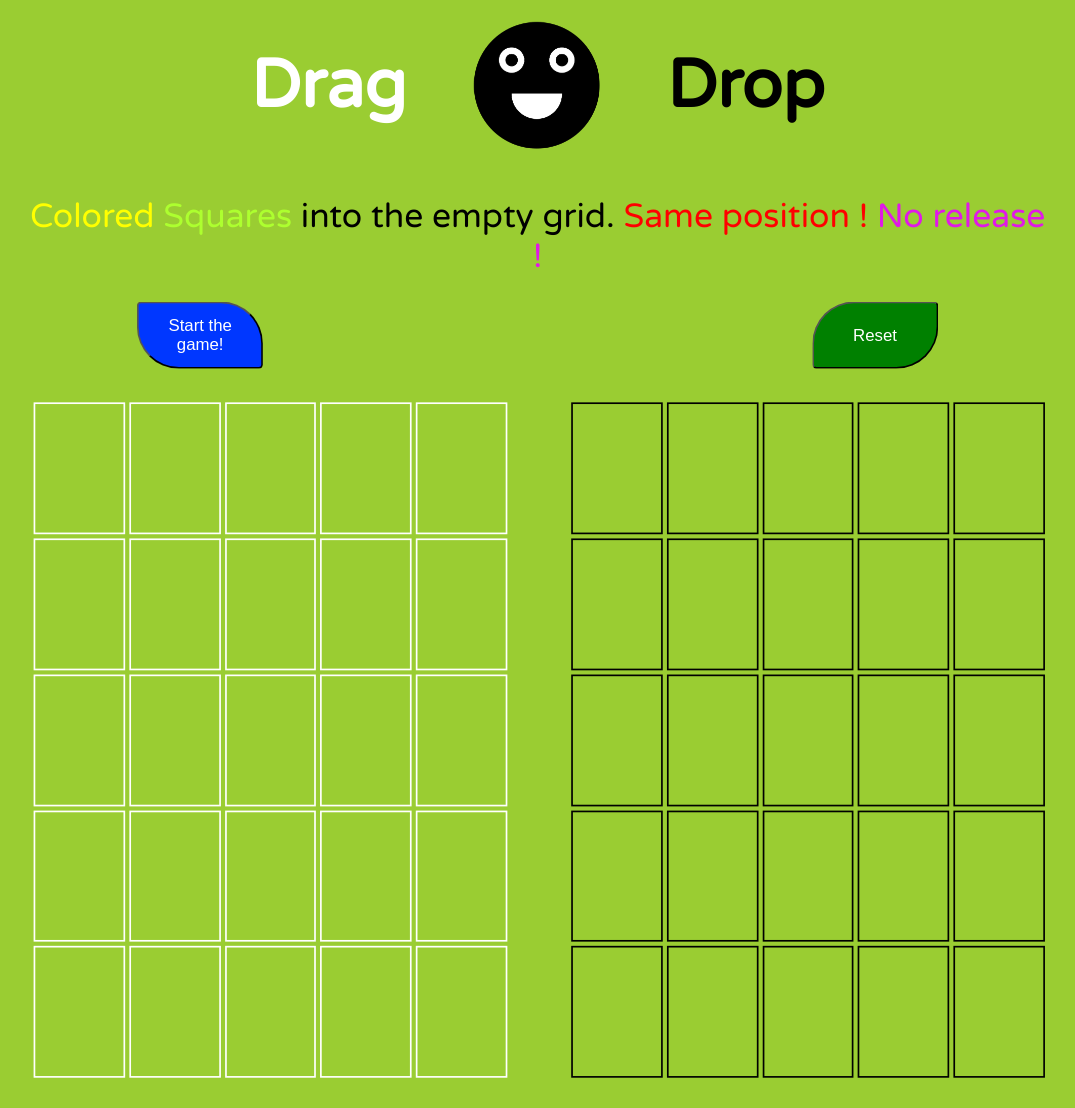
Repository: Siehan/Quiky-drag-and-drop
Page: index.html
These files come from the project's save history. The page is drawn as it stood at one moment and after a run of saves; the edit follows.
The browser window is 1280 px wide. The pictures show the whole page, at 84% of full size.

Above is the page before, as saved 2020-01-24 20:53:26.

### index.html
<!DOCTYPE html>
<html lang="en">

<head>
  <meta charset="UTF-8">
  <meta name="viewport" content="width=device-width, initial-scale=1.0">
  <meta http-equiv="X-UA-Compatible" content="ie=edge">
  <link rel="stylesheet" type="text/css" href="style.css">
  <script type="module" src="grid.js"></script>
  <script type="text/javascript"></script>
  <title>Drag & Drop</title>
</head>

<body>
  <header>
    <h1 class="drag">Drag</h1>
    <img class="black-face" src="images/1297390581.png" alt="black face">
    <h1 class="drop">Drop</h1>
  </header>

  <p><span style="color: yellow;">Colored</span><span style="color: greenyellow;"> Squares</span> into the empty grid.<span style="color: red;"> Same position !</span> <span style="color: rgb(224, 25, 231);"> No release  !</span></p>

  <div id="start-the-game">
    <button id="button-go">Start the game!</button>
    <div id="time"></div>
    <button id="button-reset">Reset</button>
  </div>

  <div id="container">
    <div class="container-one"></div>
    <div class="container-two"></div>
  </div>

</body>

</html>

### style.css
@import url("https://fonts.googleapis.com/css?family=Varela+Round&display=swap");

body, html {
 font-family: 'Varela Round', sans-serif;
 background: yellowgreen;
 margin: 0 auto;
 padding: 0;
}

header {
 display: flex;
 justify-content: center;
 align-items: center;
}

.drag {
 color: white;
 font-size: 80px;
 padding-right: 80px;
}

.black-face {
 width: 150px;
}

.drop {
 color: black;
 font-size: 80px;
 padding-left: 80px;
}

.thumbs-face {
 width: 60px;
}

p {
 padding: 30px;
 margin: auto;
 font-family: 'Varela Round', sans-serif;
 font-size: 40px;
 color: black;
 text-align: center;
}

#start-the-game {
 display: flex;
 justify-content: space-around;
}

#button-go {
 width: 150px;
 color: white;
 font-size: 20px;
 background-color: #0037ff;
 padding: 15px;
 border-radius: 5px 50px;
}

#time {
 color: white;
 font-size: 70px;
 text-align: center;
}

#button-reset {
 width: 150px;
 color: white;
 font-size: 20px;
 background-color: green;
 padding: 15px;
 border-radius: 50px 5px;
}

#container {
 display: flex;
}

.container-one {
 display: grid;
 padding: 40px;
 grid-template-columns: repeat(5,1fr);
 grid-template-rows: repeat(5,1fr);
 width: 800px;
 height: 800px;
 grid-gap: 9px;
}

.container-two {
 display: grid;
 padding: 40px;
 grid-template-columns: repeat(5,1fr);
 grid-template-rows: repeat(5,1fr);
 width: 800px;
 height: 800px;
 grid-gap: 9px;
}

.container-one div {
 border: 2px solid white;
 width: 100%;
 height: 100%;
}

.container-two div {
 border: 2px solid black;
 width: 100%;
 height: 100%;
}

.drop_hover {
 box-shadow: 0 0 30px rgba(0, 0, 0, 2) inset;
}

### grid.js
const sounds = [
    "./assets/aaahh-content.mp3",
    "./assets/accordeon.mp3",
    "./assets/ahhh.mp3",
    "./assets/alouette-des-bois.mp3",
    "./assets/chui-envoute.mp3",
    "./assets/clave.mp3",
    "./assets/contrebasse.mp3",
    "./assets/cythar.mp3",
    "./assets/embouteillage-inextricable.mp3",
    "./assets/emergency.mp3",
    "./assets/grelots-africains.mp3",
    "./assets/klaxon-bus.mp3",
    "./assets/klaxon-camion.mp3",
    "./assets/loop.mp3",
    "./assets/loop2.mp3",
    "./assets/loup-meute.mp3",
    "./assets/ocarina.mp3",
    "./assets/piano.mp3",
    "./assets/rythme-hiphop.mp3",
    "./assets/rythme-techno.mp3",
    "./assets/rythme.mp3",
    "./assets/samba-whisle.mp3",
    "./assets/saxo.mp3",
    "./assets/trumpet.mp3",
    "./assets/vache.mp3",
    "./assets/vibraphone.mp3",
    "./assets/vinyl.mp3",
    "./assets/violin-tremolo.mp3",
]

function startTheGame() {
    const btn = document.getElementById("button-go");
    btn.onclick = startEverything;
    console.log(setBlockColor());
}

function startEverything() {
    setBlockColor();
    timer();
}

document.getElementById("button-reset").onclick = () =>
    window.location.reload();
startTheGame();

function setBlockColor() {
    const cases = document.querySelectorAll(".container-one div");
    cases.forEach(c => (c.style.background = getRandomColor()));
}

function getRandomColor() {
    var letters = "0123456789ABCDEF";
    var color = "#";
    for (var i = 0; i < 6; i++) {
        color += letters[Math.floor(Math.random() * 16)];
    }
    return color;
}

function hourglass(id, cpt, lim, callback) {
    (function f() {
        var el = document.getElementById(id);

        if (cpt > lim) {
            cpt--;
            setTimeout(f, 999);
        } else if (callback) {
            callback();
        }
        el.innerHTML = cpt;
    })();
}

function timer() {
    hourglass("time", 40, 0, function () {
        alert("GAME OVER ! not fast enough");
    });
};

for (let i = 0; i <= 24; i++) {
    var containerOne = document.querySelector(".container-one");
    var newDiv = document.createElement("div");
    newDiv.className = "draggable" + " case" + i + " caseTableau1";
    containerOne.appendChild(newDiv);
}
console.log(containerOne);

for (let i = 0; i <= 24; i++) {
    var containerTwo = document.querySelector(".container-two");
    var newDiv2 = document.createElement("div");
    newDiv2.className = "dropper" + " case" + i + " caseTableau2";
    containerTwo.appendChild(newDiv2);
}

console.log(containerTwo);





(function () {
    var dndHandler = {
        draggedElement: null,

        applyDragEvents: function (element) {
            element.draggable = true;

            var dndHandler = this;

            element.addEventListener("dragstart", function (e) {
                dndHandler.draggedElement = e.target;
                console.log(e.target)
                e.dataTransfer.setData("text/plain", "");
            });
        },
        applyDropEvents: function (dropper) {
            dropper.addEventListener("dragover", function (e) {
                e.preventDefault();
                if (!this.className.includes("drop_hover")) {
                    this.className = this.className + " drop_hover"
                }

            });

            dropper.addEventListener("dragleave", function () {
                this.classList.remove("drop_hover")
                // this.className = "dropper";
            });

            var dndHandler = this;

            dropper.addEventListener("drop", function (e) {

                const randomIndex = Math.round(Math.random() * sounds.length)
                const randomSoundUrl = sounds[randomIndex];
                const audioObj = new Audio(randomSoundUrl);
                audioObj.play();
                var target = e.target,
                    draggedElement = dndHandler.draggedElement,
                    clonedElement = draggedElement.cloneNode(true);




                const caseee = target.className.split(" ")[1]
                const dropCase = dndHandler.draggedElement.className.split(" ")[1]





                // console.log(target.className, dndHandler.draggedElement.className)
                while (target.className.indexOf("dropper") == -1) {
                    target = target.parentNode;
                }

                // target.className = "dropper";

                clonedElement = target.appendChild(clonedElement);
                dndHandler.applyDragEvents(clonedElement);

                draggedElement.parentNode.removeChild(draggedElement);
                //score++;
                //console.log("score", score);
            });
        }
    };

    var elements = document.querySelectorAll(".draggable"),
        elementsLen = elements.length;

    for (var i = 0; i < elementsLen; i++) {
        dndHandler.applyDragEvents(elements[i]);
    }

    var droppers = document.querySelectorAll(".dropper"),
        droppersLen = droppers.length;

    for (var i = 0; i < droppersLen; i++) {
        dndHandler.applyDropEvents(droppers[i]);
    }
})();

After the next 2 saves:
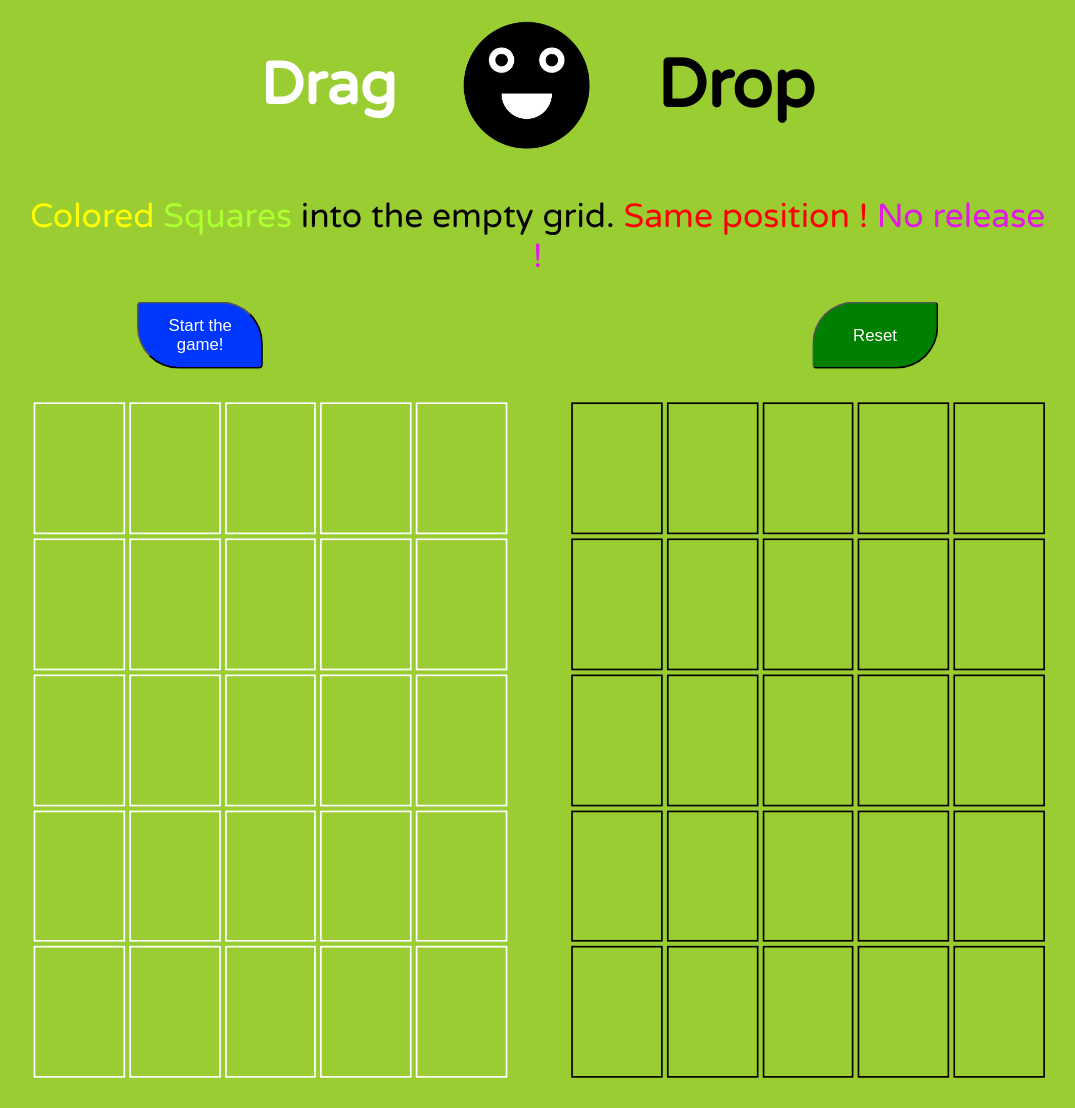
The 2 saves are shown as one change because they came seconds apart.
The last was saved 5 min 7 s later.
--- a/style.css
+++ b/style.css
@@ -15,7 +15,7 @@ header {
 
 .drag {
  color: white;
- font-size: 80px;
+ font-size: 70px;
  padding-right: 80px;
 }
 
